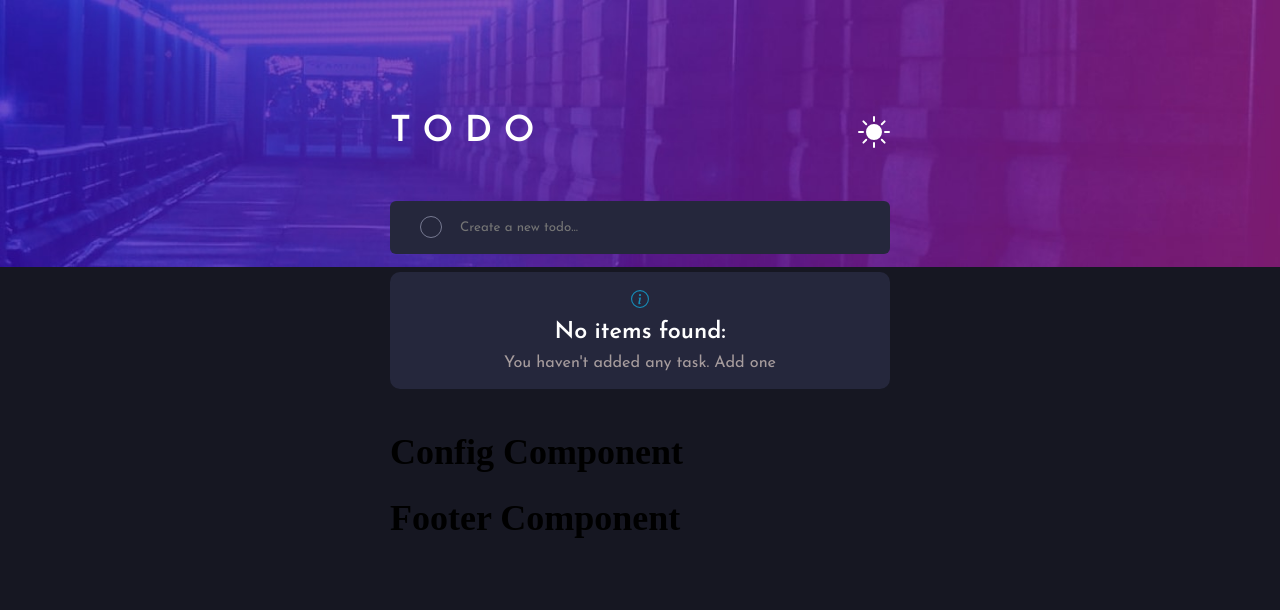
Repository: SOTASHE/React-Firebase-Todo
Page: /
An editor plug-in stored every save of this project. The page is shown before and after the next save, followed by the edit.
The browser window is 1280 px wide. The pictures show the whole page.
The page's requests for data from a server got no answer. The project was rebuilt for these pictures with package versions that can differ from the ones it lists, and the page was loaded fresh each time. No one was signed in, and anything a server would have sent is missing. Also part of the build but not shown: webpack.config.js.

Above is the page before, as saved 2022-02-08 22:08:02.

### public/index.html
<!DOCTYPE html>
<html lang="en">
<head>
    <meta charset="UTF-8">
    <meta http-equiv="X-UA-Compatible" content="IE=edge">
    <meta name="viewport" content="width=device-width, initial-scale=1.0">
    <link rel="icon" type="image/png" sizes="32x32" href="../favicon-32x32.png">
    <title>To Do List App</title>
</head>
<body>
    <main id="app" class="dark"></main>
</body>
</html>

### src/App.jsx
import React, { useEffect, useState } from "react";
// Styles
import "./sass/index.scss";
// Firestore
import { collection, deleteDoc, doc, onSnapshot } from "firebase/firestore";
import store from "./firebase/firebase.config";
// Components
import AddComponent from "./components/add.component";
import ListComponent from "./components/list.component";
import ConfigComponent from "./components/config.component";
import HeaderComponent from "./components/header.component";
import FooterComponent from "./components/footer.component";
import MsgComponent from "./components/msg.component";
// Img
import HeaderDarkMobile from "./assets/img/bg-mobile-dark.jpg";
import HeaderDarkDesktop from "./assets/img/bg-desktop-dark.jpg";
import HeaderLightMobile from "./assets/img/bg-mobile-light.jpg";
import HeaderLightDesktop from "./assets/img/bg-desktop-light.jpg";
// Icon
import { BiLoaderAlt } from "react-icons/bi";

const App = () => {
    const [Tasks, setTasks] = useState([]);
    const [TasksAll, setTasksAll] = useState([]);
    const [Theme, setTheme] = useState("dark");
    const [Id, setId] = useState(null);
    const [CurrentFilter, setCurrentFilter] = useState("all");
    const [Reset, setReset] = useState(false);
    const [Loading, setLoading] = useState(true);
    useEffect(() => {
        onSnapshot(collection(store, "tasks"), (snapshot) => {
            let temp = [];
            snapshot.docs.forEach((doc) => {
                temp.push({ ...doc.data(), id: doc.id });
            });
            setLoading(false);
            setTasks(temp);
            setTasksAll(temp);

            const completed = temp.filter((task) => task.completed);
            let arrCompleted = [];
            completed.forEach((item) => {
                arrCompleted.push(item.id);
            });
            setCompleted(arrCompleted);
        });
    }, []);

    const setCompleted = (newId) => setId(newId);

    const changeTheme = (newTheme) => setTheme(newTheme);

    const getAllTasks = () => (setTasks(TasksAll), setCurrentFilter("all"));

    const getActiveTasks = (activeTasks) => (setTasks(activeTasks), setCurrentFilter("active"));

    const getCompletedTasks = (completedTasks) => (setTasks(completedTasks), setCurrentFilter("completed"));

    const reset = (isReset) => setReset(isReset);

    return (
        <>
            <img src={HeaderDarkDesktop} className="img-dark-desktop" alt="desktop header dark" />
            <img src={HeaderDarkMobile} className="img-dark-mobile" alt="mobile header dark" />
            <img src={HeaderLightDesktop} className="img-light-desktop" alt="desktop header light" />
            <img src={HeaderLightMobile} className="img-light-mobile" alt="mobile hader light" />
            <div className={"content " + Theme}>
                <HeaderComponent changeTheme={changeTheme} />
                <AddComponent countTask={Tasks.length} setReset={reset} reset={Reset} />
                {Loading ?
                    <div className="loading">
                        <h2>Loading...</h2>
                        <BiLoaderAlt className="icon-loading" />
                    </div>
                    : null}
                <MsgComponent tasks={Tasks} filter={CurrentFilter} loading={Loading} />
                <ListComponent list={Tasks} />
                <ConfigComponent
                    numTasks={Tasks.length}
                    completed={Id}
                    staticTasks={TasksAll}
                    getAll={getAllTasks}
                    getActive={getActiveTasks}
                    getCompleted={getCompletedTasks}
                    reset={Reset} />
                <FooterComponent />
            </div>
        </>
    )
}

export default App;

### src/sass/index.scss
@forward "./util/fonts";
@forward "./general";
@forward "./components/header";
@forward "./components/add";
@forward "./components/list";
@forward "./components/config";
@forward "./components/footer";
@forward "./components/msg";

### src/components/add.component.jsx
import React from "react";
// Firebase
import store from "../firebase/firebase.config";
import { collection, addDoc } from "firebase/firestore";

const Add = ({ countTask, setReset, reset }) => {

    const addTask = async (e) => {
        e.preventDefault();
        if(e.target[0].value === "") {
            return;
        }
        const docRef = await addDoc(collection(store, "tasks"), {
            index: countTask + 1,
            task: e.target[0].value,
            completed: false,
        });
        e.target[0].value = "";
        setReset(!reset);
    }
    return (
        <form className="add-task" onSubmit={addTask}>
            <label htmlFor="task"></label>
            <input
                type="text"
                id="task"
                placeholder="Create a new todo..."
                autoFocus autoComplete="off"
                required />
        </form>
    )
}

export default Add;

### src/components/list.component.jsx
import React, { useEffect, useState } from 'react';
import { DragDropContext, Droppable, Draggable } from 'react-beautiful-dnd';
// Icon
import { BsCheck } from "react-icons/bs";
import { VscChromeClose } from "react-icons/vsc";
// Firebase
import { deleteDoc, updateDoc, doc } from 'firebase/firestore';
import store from '../firebase/firebase.config';

const List = ({ list }) => {
    const [List, setList] = useState(null);
    const [Completed, setCompleted] = useState([]);

    useEffect(() => {
        setList(list);
    }, [list]);

    const handleDrag = (result) => {
        const { source, destination } = result;
        if (!destination) return;
        if (destination.index === source.index
            && destination.droppableId === source.droppableId) return;
        setList(List => reorder(List, source.index, destination.index));
    }

    const reorder = (list, sourceIndex, destinationIndex) => {
        const result = [...list];
        const [removed] = result.splice(sourceIndex, 1);
        result.splice(destinationIndex, 0, removed);
        return result;
    }

    const updateCompleted = async (e) => {
        const taskRef = doc(store, "tasks", e.target.id);
        await updateDoc(taskRef, {completed: e.target.checked});
    }

    const deleteTask = (id) => {
        deleteDoc(doc(store, "tasks", id));
    }

    return (
        List ?
            <DragDropContext onDragEnd={(result => handleDrag(result))}>
                <Droppable droppableId="task" key={List.lenght}>
                    {(droppableProvider) =>
                    (<div
                        {...droppableProvider.droppableProps}
                        ref={droppableProvider.innerRef}
                        className="list-task">
                        {
                            List.map((task, id) => (
                                <Draggable
                                    draggableId={task.index.toString()}
                                    index={id}
                                    key={task.id}>
                                    {(draggableProvider) => (
                                        <div
                                            {...draggableProvider.draggableProps}
                                            ref={draggableProvider.innerRef}
                                            {...draggableProvider.dragHandleProps}
                                            className="task-item">
                                            <input
                                                type="checkbox"
                                                id={task.id}
                                                defaultChecked={task.completed}
                                                onChange={updateCompleted} />
                                            <label htmlFor={task.id}>
                                                <BsCheck className="icon" />
                                                <span>{task.task}</span>
                                            </label>
                                            <VscChromeClose
                                            className="icon-close"
                                            onClick={() => deleteTask(task.id)} />
                                        </div>
                                    )}
                                </Draggable>
                            ))
                        }
                        {droppableProvider.placeholder}
                    </div>)
                    }
                </Droppable>
            </DragDropContext>
            : <span>Loading...</span>
    )
}

export default List;

### src/components/config.component.jsx
import React from 'react'

const Config = () => {
  return <div>

  <h1>Config Component</h1>
  </div>;
};

export default Config;

### src/components/header.component.jsx
import React, { useEffect, useState } from "react";
// Icons
import { BsFillSunFill } from "react-icons/bs";
import { HiMoon } from "react-icons/hi";

const Header = ({ changeTheme }) => {
    const [ThemeLight, setThemeLight] = useState(true);
    const body = document.querySelector("body");
    const main = document.querySelector("main");
    useEffect(() => {
        return () => {
            toggleTheme();
        }
    }, [ThemeLight]);
    const toggleTheme = () => {
        if(ThemeLight) {
            changeTheme("light");
            body.style.backgroundColor = "hsl(236, 33%, 92%)";
            main.classList.add("light");
            main.classList.remove("dark");
        } else {
            changeTheme("dark");
            body.style.backgroundColor = "hsl(235, 21%, 11%)";
            main.classList.add("dark");
            main.classList.remove("light");
        }
    }
    return (
        <div className="header-task">
            <h1>T O D O</h1>
            <div className="theme-box">
                {
                    ThemeLight ?
                        <BsFillSunFill
                            className="icon" onClick={() => setThemeLight(false)} />
                        : <HiMoon
                            className="icon" onClick={() => setThemeLight(true)} />
                }
            </div>
        </div>
    )
}

export default Header

### src/components/footer.component.jsx
import React from 'react'

const Footer = () => {
  return <div>
     <h1>Footer Component</h1>


  </div>;
};

export default Footer;

### src/components/msg.component.jsx
import React, { useEffect, useState } from "react";
// Icons
import { BsInfoCircle } from "react-icons/bs";

const Msg = ({ tasks, filter, loading }) => {
    const [Message, setMessage] = useState(null);
    useEffect(() => {
        if(loading) return;
        if(tasks.length > 0) {
            setMessage(null);
            return;
        }
        if (tasks.length <= 0 && filter === "all") {
            setMessage({
                title: "No items found",
                text: "You haven't added any task. Add one"
            });
        }
        if (tasks.length <= 0 && filter === "active") {
            setMessage({
                title: "No active tasks found",
                text: "¡Great! You don't have active tasks"
            });
        }
        if (tasks.length <= 0 && filter === "completed") {
            setMessage({
                title: "No completed tasks found",
                text: "So bad... You need to get back to work!"
            });
        }
    }, [tasks]);
    return (
        <>
            {
                Message
                    ?
                    <div className="msg">
                        <BsInfoCircle className="icon"/>
                        <h2 className="title">
                            {Message.title}:
                        </h2>
                        <span className="text">{Message.text}</span>
                    </div>
                    : null
            }
        </>
    )
}

export default Msg;

### src/sass/util/_fonts.scss
@import url('https://fonts.googleapis.com/css2?family=Josefin+Sans:wght@400;600&display=swap');

// font-family: 'Josefin Sans', sans-serif;

### src/sass/general.scss
@use "./util/colors" as color;

html,
body {
    margin: 0;
    padding: 0;
    box-sizing: border-box;
    background-color: color.$veryDarkBlue;
    font-size: 18px;
    min-height: 100vh;
    transition: 1s ease;
}

body {
    &::-webkit-scrollbar {
        width: 8px;
        height: 8px;
        display: block;
    }
    &::-webkit-scrollbar-thumb {
        background: #ccc;
        border-radius: 4px;
    }
    &::-webkit-scrollbar-thumb:hover {
        background: #b3b3b3;
        box-shadow: 0 0 2px 1px rgba(0, 0, 0, 0.2);
    }
    &::-webkit-scrollbar-thumb:active {
        background-color: #999999;
    }
    &::-webkit-scrollbar-track {
        background: #e1e1e1;
        border-radius: 4px;
    }
    &::-webkit-scrollbar-track:hover,
    &::-webkit-scrollbar-track:active {
        background: #d4d4d4;
    }
}

main {
    display: flex;
    flex-direction: column;
    justify-content: center;
    align-items: center;
    width: 100%;
    .content {
        width: 90%;
        max-width: 500px;
        margin-top: 7vw;
        z-index: 3;
    }
    img {
        display: none;
        position: absolute;
        top: 0;
        width: 100%;
        max-height: 600px;
    }
    .img-dark-desktop {
        display: none;
    }
    .img-light-desktop {
        display: none;
    }
    &.light {
        .img-light-mobile {
            display: block;
        }
    }
    &.dark {
        .img-dark-mobile {
            display: block;
        }
    }
    .loading {
        display: flex;
        flex-direction: column;
        align-items: center;
        justify-content: center;
        width: 100%;
        background-color: color.$veryDarkBlue;
        padding: 1em 0em;
        font-family: "Josefin Sans", sans-serif;
        color: #fff;
        margin-top: 1em;
        h2 {
            margin: 0;
            font-size: 1rem;
        }
        .icon-loading {
            animation: circle 0.5s infinite;
        }
    }
}

@media (min-width: 600px) {
    main {
        .img-light-mobile {
            display: none !important;
        }
        .img-dark-mobile {
            display: none !important;
        }
        &.light {
            .img-light-desktop {
                display: block;
            }
        }
        &.dark {
            .img-dark-desktop {
                display: block;
            }
        }
    }
}

### src/sass/util/_colors.scss
// Primary
$brightBlue: hsl(220, 98%, 61%);
$checkBackground: #0074d9;

// Light Theme
$veryLightGray: hsl(0, 0%, 98%);
$veryLightGrayishBlue: hsl(236, 33%, 92%);
$lightGrayishBlue: hsl(233, 11%, 84%);
$darkGrayishBlue: hsl(236, 9%, 61%);
$veryDarkGrayishBlue: hsl(235, 19%, 35%);
// Dark Theme
$veryDarkBlue: hsl(235, 21%, 11%);
$veryDarkDesaturatedBlue: hsl(235, 24%, 19%);
$lightGrayishBlue: hsl(234, 39%, 85%);
$lightGrayishBlue_Hover: hsl(236, 33%, 92%);
$darkGrayishBlue: hsl(234, 11%, 52%);
$veryDarkGrayishBlue: hsl(233, 14%, 35%);
$veryDarkGrayishBlueDarker: hsl(237, 14%, 26%);

### src/sass/components/header.scss
.header-task {
    display: flex;
    flex-direction: row;
    width: 100%;
    h1, .theme-box {
        display: flex;
        align-items: center;
        font-size: clamp(1.4rem, 6vw, 2rem);
        width: 50%;
        color: #fff;
        font-family: 'Josefin Sans', sans-serif;
    }
    .theme-box {
        justify-content: flex-end;
        .icon {
            color: #fff;
            font-size: clamp(1.6rem, 2.5vw, 3rem);
            cursor: pointer;
            &:hover {
                color: rgba(255, 255, 255, 0.857);
                animation: circle 1s forwards;
            }
            &:active {
                transform: scale(0.8);
            }
        }
    }
}

@keyframes circle {
    from {
        transform: rotate(0deg);
    }
    to {
        transform: rotate(360deg);
    }
}

### src/sass/components/add.scss
@use "../util/colors" as color;

.add-task {
    display: flex;
    align-items: center;
    justify-content: center;
    width: 100%;
    background-color: color.$veryDarkDesaturatedBlue;
    gap: 1em;
    margin-top: 1.5em;
    border-radius: 6px;
    transition: 1s ease;
    label {
        display: inline;
        content: " ";
        width: 20px;
        height: 20px;
        background-color: transparent;
        border: 1px solid color.$darkGrayishBlue;
        border-radius: 150px;
        cursor: pointer;
    }
    input[type="text"] {
        display: inline;
        width: 80%;
        background-color: transparent;
        color: #fff;
        border: none;
        font-family: 'Josefin Sans', sans-serif;
        padding: 1.5em 0em;
        outline: none;
    }
}

.content.light {
    .add-task {
        background-color: color.$veryLightGray;
        label {
            border: 1px solid color.$lightGrayishBlue;
        }
        input[type="text"] {
            color: color.$veryDarkGrayishBlue;
        }
    }
}

### src/sass/components/list.scss
@use "../util/colors" as color;

.list-task {
    display: flex;
    flex-direction: column;
    justify-content: center;
    align-items: flex-start;
    width: 100%;
    margin-top: 1em;
    border-radius: 6px;
    .task-item {
        display: block;
        width: 100%;
        color: #fff;
        font-family: 'Josefin Sans', sans-serif;
        position: relative;
        label {
            display: flex;
            align-items: center;
            width: 100%;
            gap: 0.5em;
            padding: 0.8em 0em;
            border-top: 1px solid color.$veryDarkGrayishBlueDarker;
            background-color: color.$veryDarkDesaturatedBlue;
            cursor: grab;
            color: color.$lightGrayishBlue;
            transition: 1s ease;
            .icon {
                width: 15px;
                height: 15px;
                position: relative;
                border: 1px solid color.$veryDarkGrayishBlue;
                padding: 0.3em;
                border-radius: 150px;
                margin-left: 0.8em;
                color: color.$veryDarkDesaturatedBlue;
                cursor: pointer;
            }
            span {
                width: 50%;
                font-size: 0.8rem;
                font-weight: 700;
                text-overflow: ellipsis;
            overflow: hidden;
            }
        }
        input[type="checkbox"] {
            display: none;
            opacity: 0;
            &:checked + label .icon{
                background-color: color.$checkBackground;
                color: white;
            }
            &:checked + label {
                text-decoration: line-through;
                color: gray;
            }
        }
        .icon-close {
            position: absolute;
            right: 1em;
            top: 50%;
            transform: translate(-50%, -50%);
            color: color.$veryDarkGrayishBlue;
            cursor: pointer;
        }
    }
}

.content.light {
    .list-task {
        box-shadow: 0px 0px 15px rgba(143, 121, 121, 0.515);
        .task-item {
            color: color.$veryDarkGrayishBlue;
            label {
                border-top: color.$darkGrayishBlue;
                background-color: color.$veryLightGray;
                color: color.$darkGrayishBlue;
                span {
                    width: 90%;
                }
            }
            .icon {
                color: color.$veryLightGray;
                border: 1px solid rgb(175, 162, 162);
            }
        }
    }
}

### src/sass/components/config.scss
@use "../util/colors" as color;

.config-task {
    display: block;
    font-family: "Josefin Sans", sans-serif;
    transition: 1s ease;
    .counting-items {
        display: flex;
        align-items: center;
        justify-content: center;
        width: 100%;
        background-color: color.$veryDarkDesaturatedBlue;
        margin-bottom: 1em;
        border-top: 1px solid color.$veryDarkGrayishBlueDarker;
        padding: 0.9em 0em;
        border-bottom-left-radius: 6px;
        border-bottom-right-radius: 6px;
        span {
            display: block;
            width: 45%;
            color: color.$darkGrayishBlue;
            font-size: 0.8rem;
        }
        .delete-items {
            display: flex;
            justify-content: flex-end;
            width: 45%;
            button {
                background-color: transparent;
                border: none;
                color: color.$darkGrayishBlue;
                font-family: "Josefin Sans", sans-serif;
                cursor: pointer;
            }
        }
    }
    .filter-items {
        display: flex;
        flex-direction: row;
        align-items: center;
        justify-content: center;
        width: 100%;
        background-color: color.$veryDarkDesaturatedBlue;
        padding: 0.9em 0em;
        button {
            display: block;
            background-color: transparent;
            border: none;
            font-family: "Josefin Sans", sans-serif;
            font-size: 1rem;
            color: color.$darkGrayishBlue;
            font-weight: 700;
            cursor: pointer;
            &:last-child {
                margin-right: 2em;
            }
            &:hover {
                color: color.$veryLightGray;
            }
            &.active {
                color: #0074d9;
            }
        }
    }
}

@media (min-width: 600px) {
    .config-task {
        position: relative;
        background-color: color.$veryDarkDesaturatedBlue;
        border-top: 1px solid color.$veryDarkGrayishBlue;
        width: 100%;
        padding: 1.5em 0em;
        .counting-items {
            position: absolute;
            background-color: transparent;
            border: none;
            top: 0;
            span,
            .delete-items {
                position: absolute;
                width: 28%;
                top: 50%;
            }
            span {
                left: 1em;
            }
            .delete-items {
                right: 1em;
                button:hover {
                    color: color.$veryLightGray;
                }
            }
        }
        .filter-items {
            position: absolute;
            background-color: transparent;
            width: 35%;
            top: 0;
            left: 50%;
            transform: translate(-50%, 0%);
            button {
                font-size: 0.8rem;
            }
        }
    }
    .content.light {
        .config-task {
            border-top: 1px solid color.$lightGrayishBlue;
            background-color: color.$veryLightGray;
            .counting-items,
            .filter-items {
                background-color: transparent !important;
                button:hover {
                    color: color.$veryDarkDesaturatedBlue;
                }
            }
        }
    }
}

.content.light {
    .config-task {
        box-shadow: 0px 10px 15px rgba(143, 121, 121, 0.364);
        .counting-items {
            background-color: color.$veryLightGray;
        }
        .filter-items {
            background-color: color.$veryLightGray;
        }
    }
}

### src/sass/components/footer.scss
@use "../util/colors" as color;

.footer-task {
    display: flex;
    flex-direction: column;
    align-items: center;
    justify-content: center;
    width: 100%;
    margin-top: 3em;
    margin-bottom: 3em;
    span {
        font-family: 'Josefin Sans', sans-serif;
        color: color.$veryDarkGrayishBlue;
    }
    .attribution {
        display: block;
        color: rgb(216, 200, 200);
        font-family: "Josefin Sans", sans-serif;
        font-size: 0.7rem;
        margin-top: 1em;
        a {
            text-decoration: none;
            color: color.$lightGrayishBlue;
        }
    }
}

.content.light {
    .attribution {
        color: rgb(61, 50, 50);
        a {
            color: color.$veryDarkBlue;
        }
    }
}

### src/sass/components/msg.scss
@use "../util/colors" as color;

.msg {
    display: flex;
    flex-direction: column;
    align-items: center;
    justify-content: center;
    margin: 1em 0em;
    padding: 1em 0em;
    width: 100%;
    background-color: color.$veryDarkDesaturatedBlue;
    font-family: "Josefin Sans", sans-serif;
    transition: 1s ease;
    border-radius: 10px;
    .icon {
        color: rgb(22, 141, 184);
    }
    .title {
        font-size: 1.3rem;
        padding: 0.5em;
        margin: 0;
        color: rgb(255, 255, 255);
        transition: 1s ease;
    }
    .text {
        font-size: 0.9rem;
        color: rgba(221, 205, 199, 0.707);
        transition: 1s ease;
    }
}

.content.light {
    .msg {
        background-color: color.$veryLightGray;
        .title {
            color: black;
        }
        .text {
            color: gray;
        }
    }
}

Loaded but not shown: src/firebase/firebase.config.js (23 lines, source omitted); src/index.js (8 lines, source omitted)

After the next save:
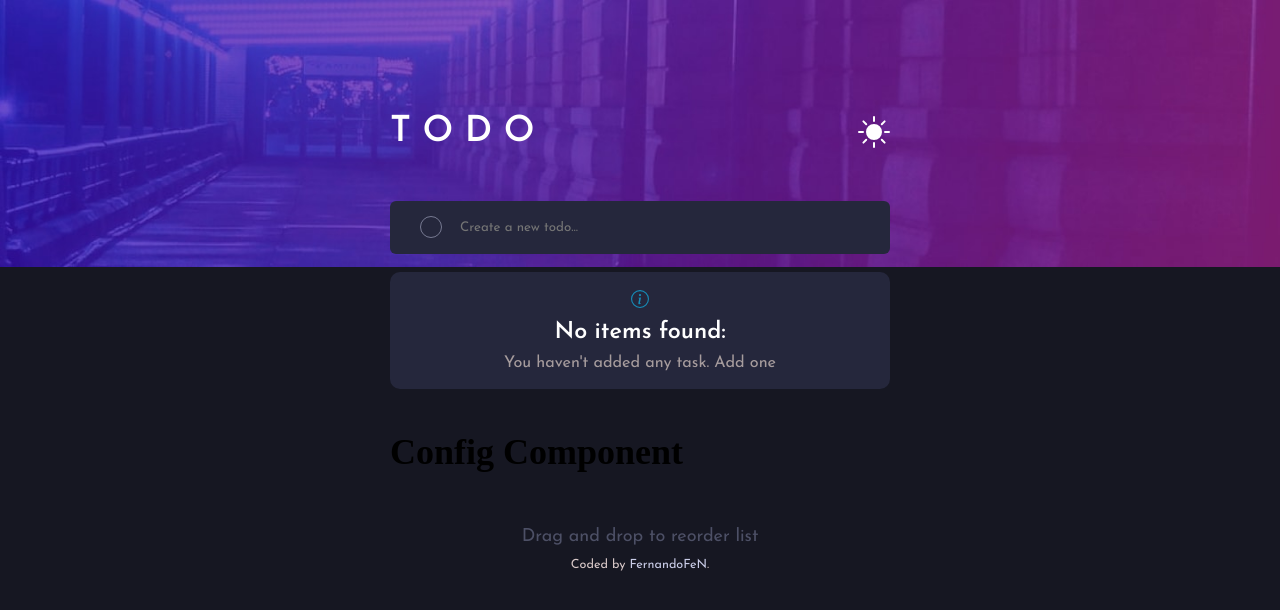
Saved 4 min 45 s later.
--- a/src/components/footer.component.jsx
+++ b/src/components/footer.component.jsx
@@ -1,11 +1,14 @@
-import React from 'react'
+import React from "react";
 
 const Footer = () => {
-  return <div>
-     <h1>Footer Component</h1>
-
-
-  </div>;
-};
+    return (
+        <div className="footer-task">
+            <span>Drag and drop to reorder list</span>
+            <div className="attribution">
+                Coded by <a href="https://snayes.netlify.app/" target="_blank">FernandoFeN</a>.
+            </div>
+        </div>
+    )
+}
 
 export default Footer;
